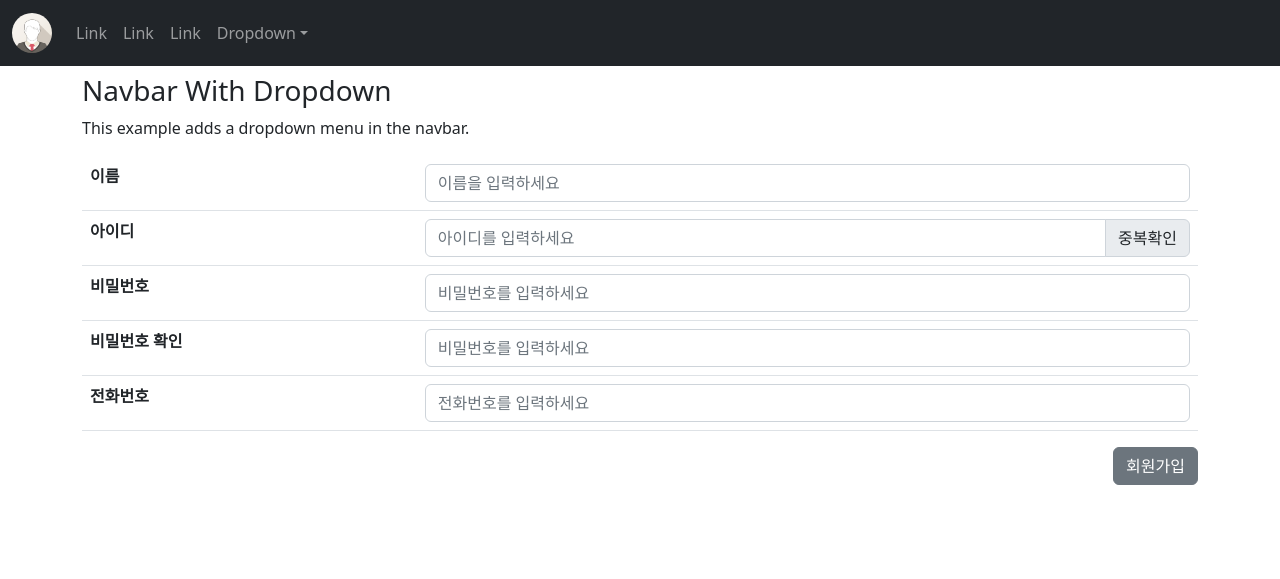
Repository: seoyeon0619/WebProgramming
Page: workspace1/myhome2/src/main/webapp/디자인/member_sign.html
These files come from the project's save history. The page is drawn as it stood at one moment and after the next save; the edit follows.
The browser window is 1280 px wide. The pictures show the whole page.

Above is the page before, as saved 2022-12-30 02:20:59.

After the next save:
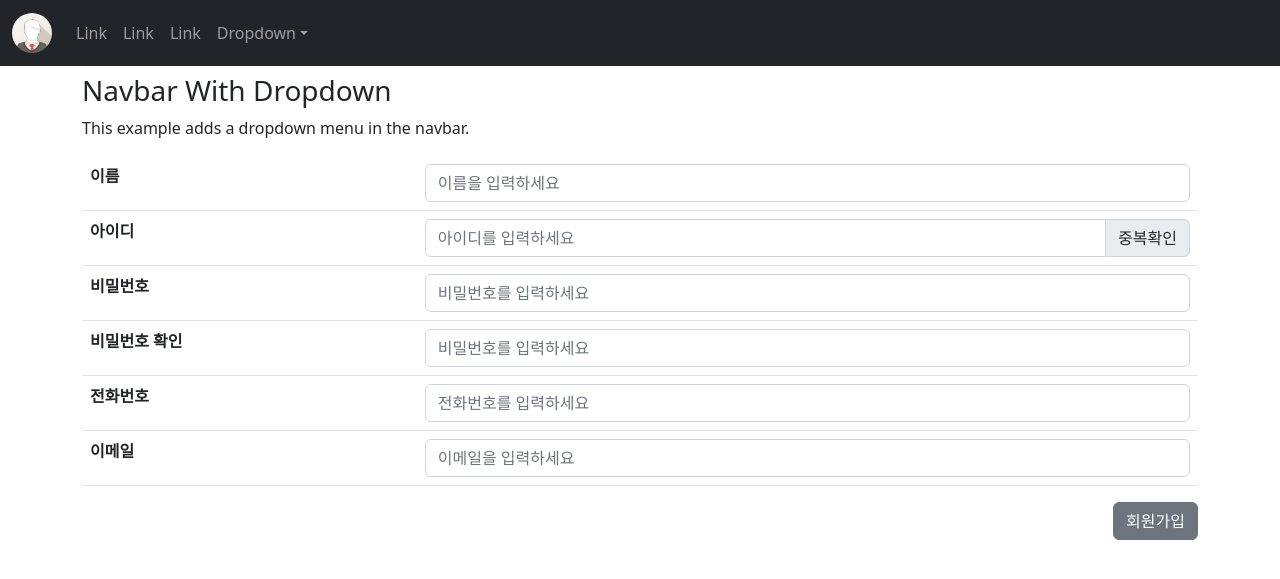
Saved 56 s later.
--- a/workspace1/myhome2/src/main/webapp/디자인/member_sign.html
+++ b/workspace1/myhome2/src/main/webapp/디자인/member_sign.html
@@ -97,7 +97,16 @@
       <th>전화번호</td>
       <td>
       		<div class="input-group">
-    			<input type="text" class="form-control" placeholder="전화번호를 입력하세요" name="phone" id="phone">
+    			<input type="tel" class="form-control" placeholder="전화번호를 입력하세요" name="tel" id="tel">
+  			</div>
+      </td>
+      </tr>
+
+      <tr>
+      <th>이메일</td>
+      <td>
+      		<div class="input-group">
+    			<input type="email" class="form-control" placeholder="이메일을 입력하세요" name="email" id="email">
   			</div>
       </td>
       </tr>
